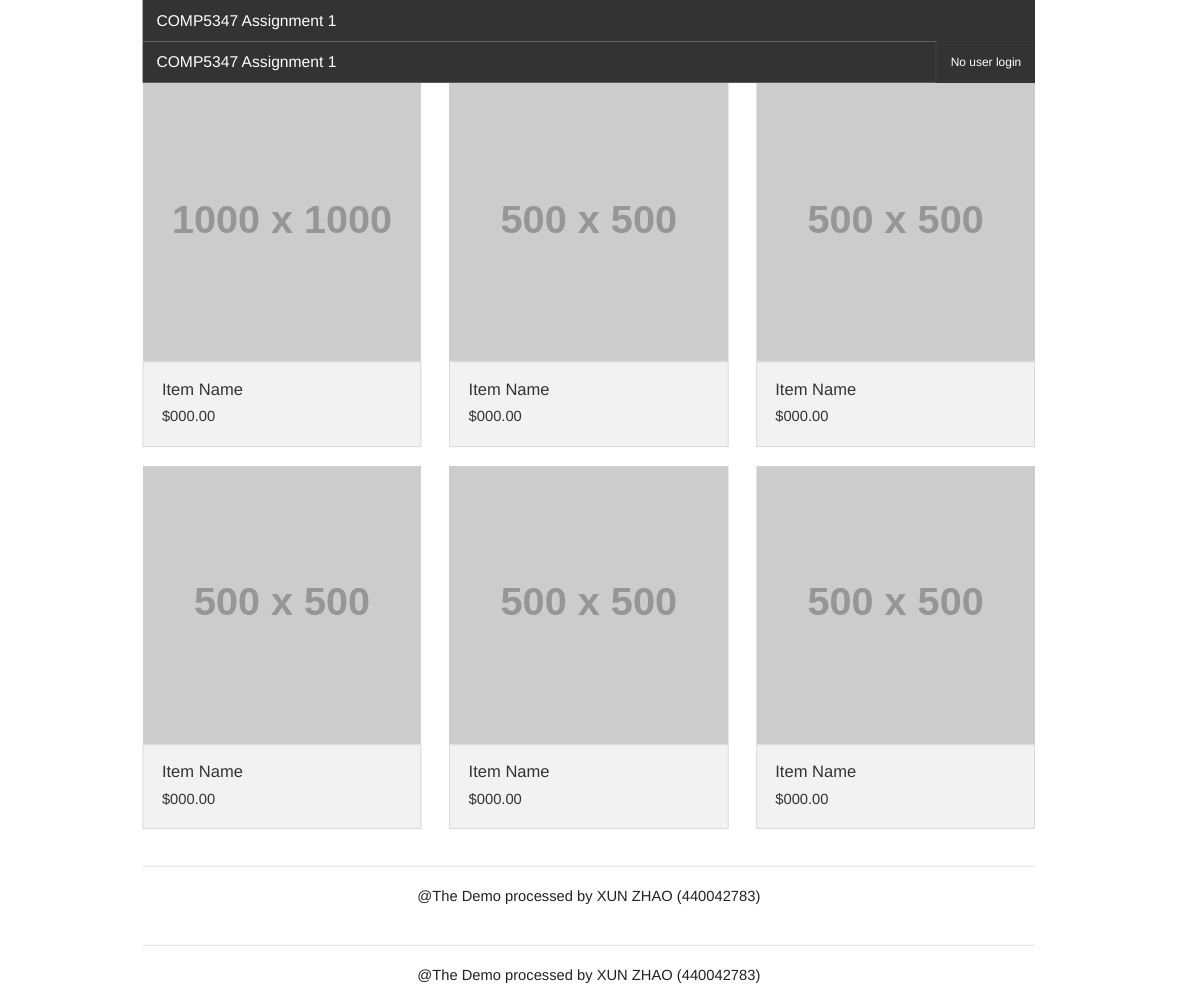
Repository: ShepardZhao/Product_Rating_System
Page: http://localhost/Product_Rating_System/
An editor plug-in stored every save of this project. The page is shown before and after the next save, followed by the edit.
The browser window is 1280 px wide. The pictures show the whole page, at 92% of full size.
The page is served by Tomcat 9.

Above is the page before, as saved 2014-03-22 12:44:16.

After the next save:
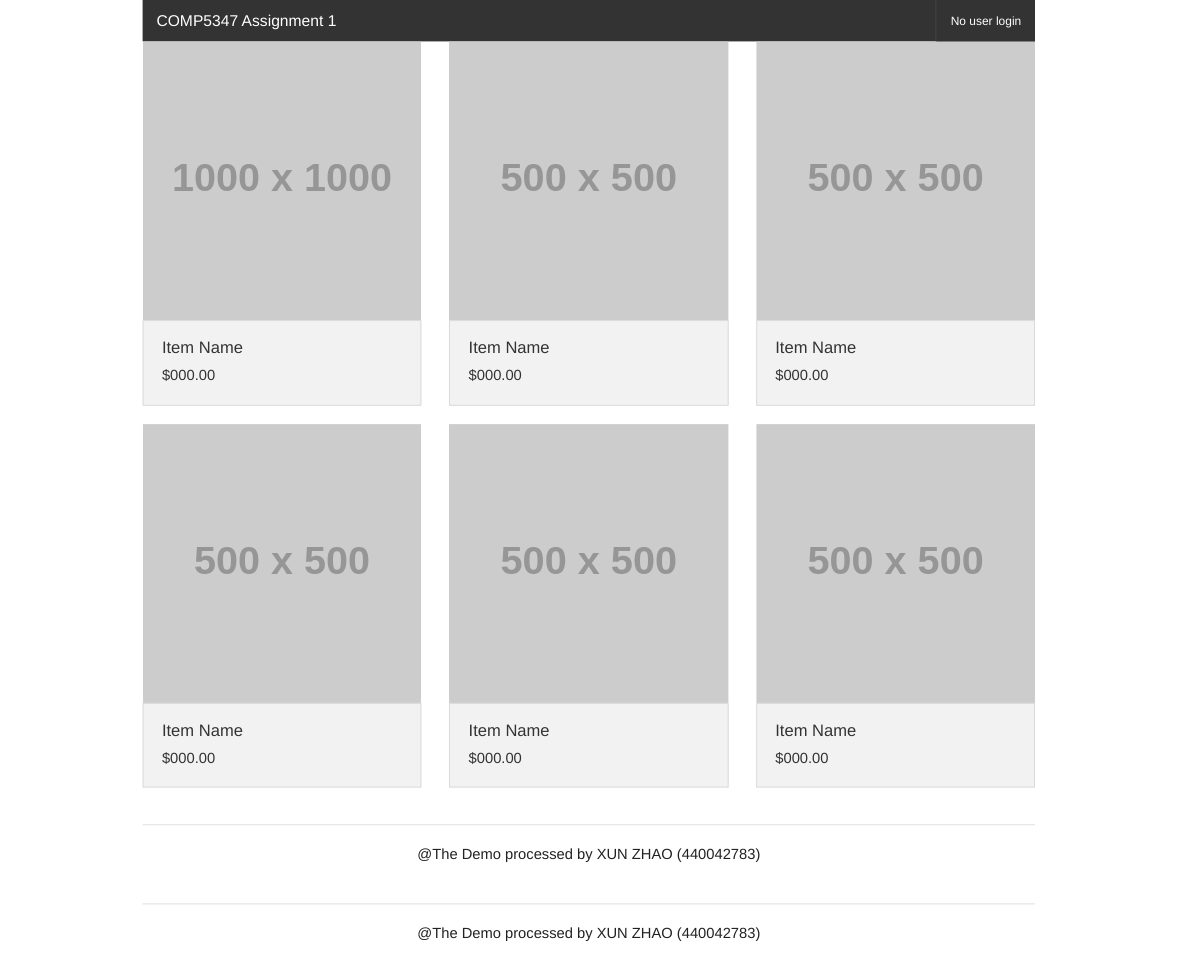
Saved 7 min 27 s later.
--- a/Product_Rating_System/WebContent/header.jsp
+++ b/Product_Rating_System/WebContent/header.jsp
@@ -32,30 +32,3 @@
 
 </head>
 <body>
-
- <div class="row">
-    <div class="large-12 columns">
-
-    <!-- Navigation -->
-
-      <div class="row">
-        <div class="large-12 columns">
-
-          <nav class="top-bar" data-topbar>
-            <ul class="title-area">
-              <!-- Title Area -->
-              <li class="name">
-                <h1>
-                    <a href="#">COMP5347 Assignment 1</a>
-                </h1>
-              </li>
-
-            </ul>
-
-
-          </nav>
-          <!-- End Top Bar -->
-        </div>
-      </div>
-
-    <!-- End Navigation -->
